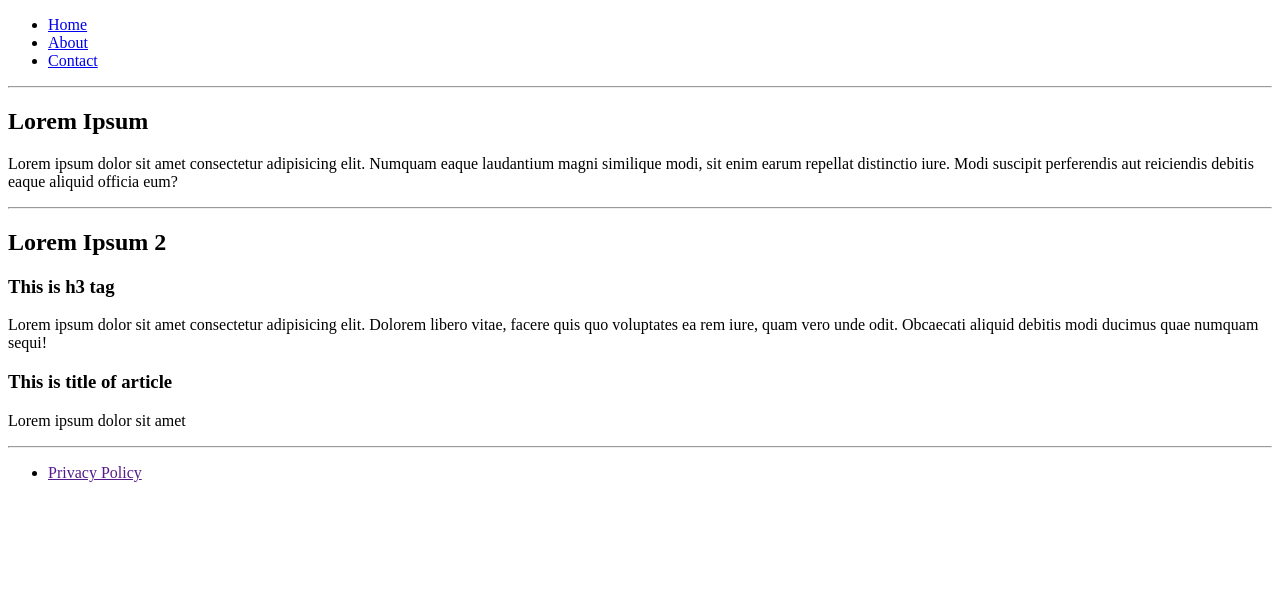
Repository: fisikusari/test-repo
Page: index.html
These files come from the project's save history. The page is drawn as it stood at one moment and after the next save; the edit follows.
The browser window is 1280 px wide. The pictures show the whole page.

Above is the page before, as saved 2021-11-11 18:02:20.

### index.html
<!DOCTYPE html>

<html lang="en">

<head>
  <meta charset="UTF-8">
  <meta http-equiv="X-UA-Compatible" content="IE=edge">
  <meta name="viewport" content="width=device-width, initial-scale=1.0">
  <title>Fisnik</title>
</head>
<nav>
  <ul>
    <li><a href="#">Home</a></li>
    <li><a href="about.html">About</a></li>
    <li><a href="contact.html">Contact</a></li>
  </ul>
</nav>

<body>
  <hr>
  <section>
    <h1>Lorem Ipsum</h1>
    <p>Lorem ipsum dolor sit amet consectetur adipisicing elit. Numquam eaque laudantium magni similique modi, sit enim earum repellat distinctio iure. Modi suscipit perferendis
      aut reiciendis debitis eaque aliquid officia eum?</p>
  </section>
  <hr>
  <section>
    <h1>Lorem Ipsum 2</h1>
    <h3>This is h3 tag</h3>
    <p>Lorem ipsum dolor sit amet consectetur adipisicing elit. Dolorem libero vitae, facere quis quo voluptates ea rem iure, quam vero unde odit. Obcaecati aliquid debitis modi
      ducimus quae numquam sequi!</p>
  </section>
  <section>
    <article>
      <h1>This is title of article</h1>
      <p>Lorem ipsum dolor sit amet</p>
      <a href="about.html"></a>
    </article>
  </section>
  <hr>
  <footer>
    <nav>
      <ul>
        <li><a href="">Privacy Policy</a></li>
      </ul>
    </nav>
  </footer>
</body>

</html>

After the next save:
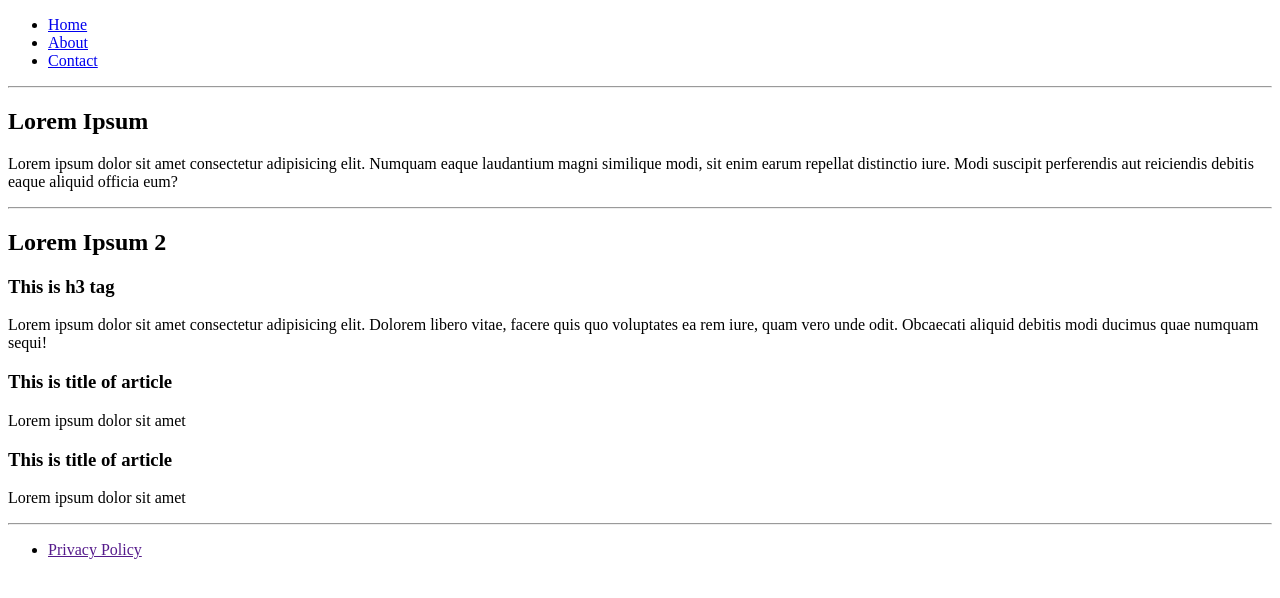
Saved 34 s later.
--- a/index.html
+++ b/index.html
@@ -36,6 +36,11 @@
       <p>Lorem ipsum dolor sit amet</p>
       <a href="about.html"></a>
     </article>
+    <article>
+      <h1>This is title of article</h1>
+      <p>Lorem ipsum dolor sit amet</p>
+      <a href="about.html"></a>
+    </article>
   </section>
   <hr>
   <footer>
